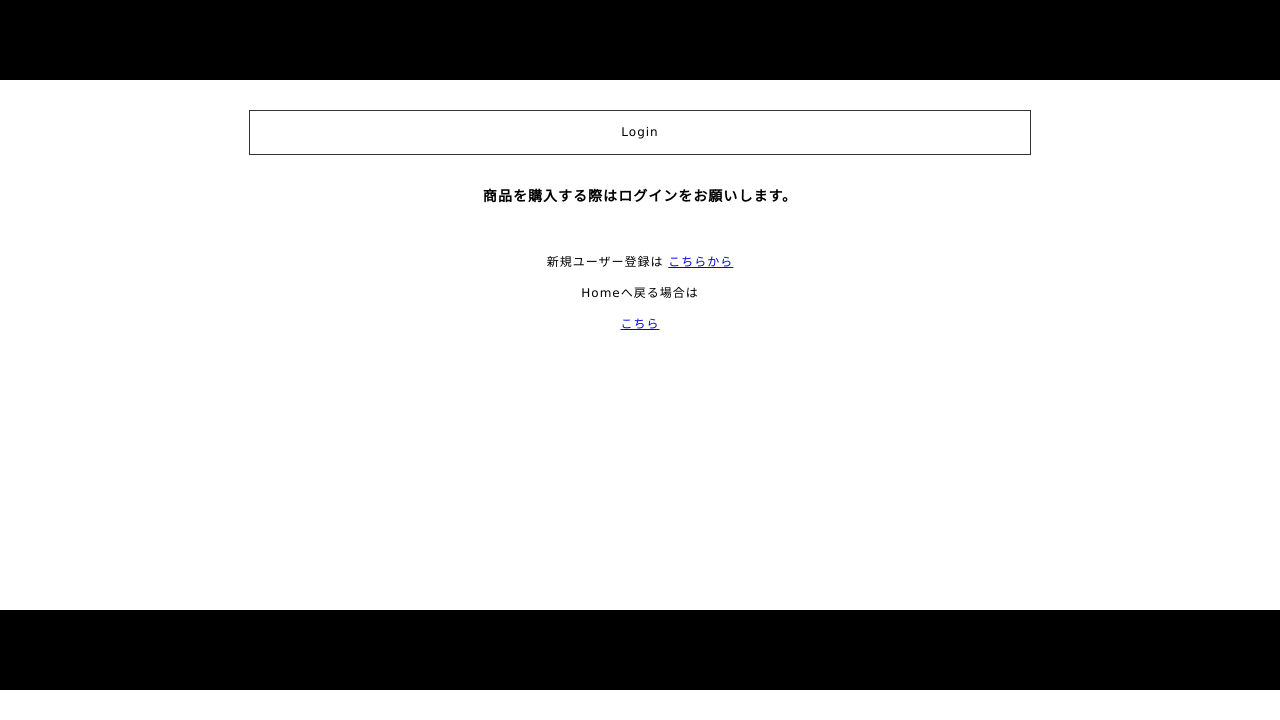
Repository: naoshima1109/test
Page: http://localhost/ecsite/login.jsp
The author's editor kept a copy of each file at every save. The page is drawn from the files as they stood at one save, then again after the next save.
The browser window is 1280 px wide. The pictures show the whole page.
The page is served by Tomcat 9. Nobody is signed in. The application's start-up code is not run. Other server files are loaded and not shown.

Above is the page before, as saved 2019-05-30 07:05:39.

### ecsite/WebContent/login.jsp
<%@ page language="java" contentType="text/html; charset=UTF-8"
    pageEncoding="UTF-8"%>
<!DOCTYPE html PUBLIC "-//W3C//DTD HTML 4.01 Transitional//EN" "http://www.w3.org/TR/html4/loose.dtd">
<html>
<head>
<meta http-equiv="Content-Type" content="text/html; charset=UTF-8">
	<meta http-equiv="Content-Type" content="text/html; charset=UTF-8">
	<meta http-equiv="Content-Style-Type" content="text/css" />
	<meta http-equiv="Content-Script-Type"content="text/javascript" />
	<meta http-equiv="imagetoolbar" content="no" />
	<meta name="description" content=""/>
	<meta name="keywords" content=""/>
<title>Login画面</title>

	<style type="text/css">
	body{
	margin:0;
	padding:0;
	line-height:1.6;
	letter-spacing:1px;
	font-family:Verdana,Helvetica,sans-serif;
	font-size:12px;
	color:#333
	background:#fff;
	}

	table{
	text-align:center;
	margin:0 auto;
	}

	/*========ID LAYOUT========*/
	#top{
	width:780px;
	margin:30px auto;
	border:1px solid #333;
	}

	#header{
	width:100%;
	height:80px;
	background-color: black;
	}

	#main{
	width:100%;
	height:500px;
	text-align:center;
	}

	#footer{
	width:100%;
	height:80px;
	background-color:black;
	clear:both;
	}
	</style>

</head>
<body>
	<div id="header">
		<div id="pr">
		</div>
	</div>
	<div id="main">
		<div id="top">
			<p>Login</p>
		</div>
		<div>
			<h3>商品を購入する際はログインをお願いします。</h3>
			<s:form action="LoginAction">
				<s:textfield name="loginUserId" />
				<s:password name="loginpassword" />
				<s:submit value="ログイン"/>
			</s:form>
			<br>
			<div id="text-link">
				<p>新規ユーザー登録は
					<a href='<s:url action="UserCreateAction" />'>こちらから</a></p>
				<p>Homeへ戻る場合は</p>
					<a href='<s:url action="GoHomeAction" />'>こちら</a>
			</div>
		</div>
	</div>
	<div id="footer">
		<div id="pr">
		</div>
	</div>
</body>
</html>

After the next save:
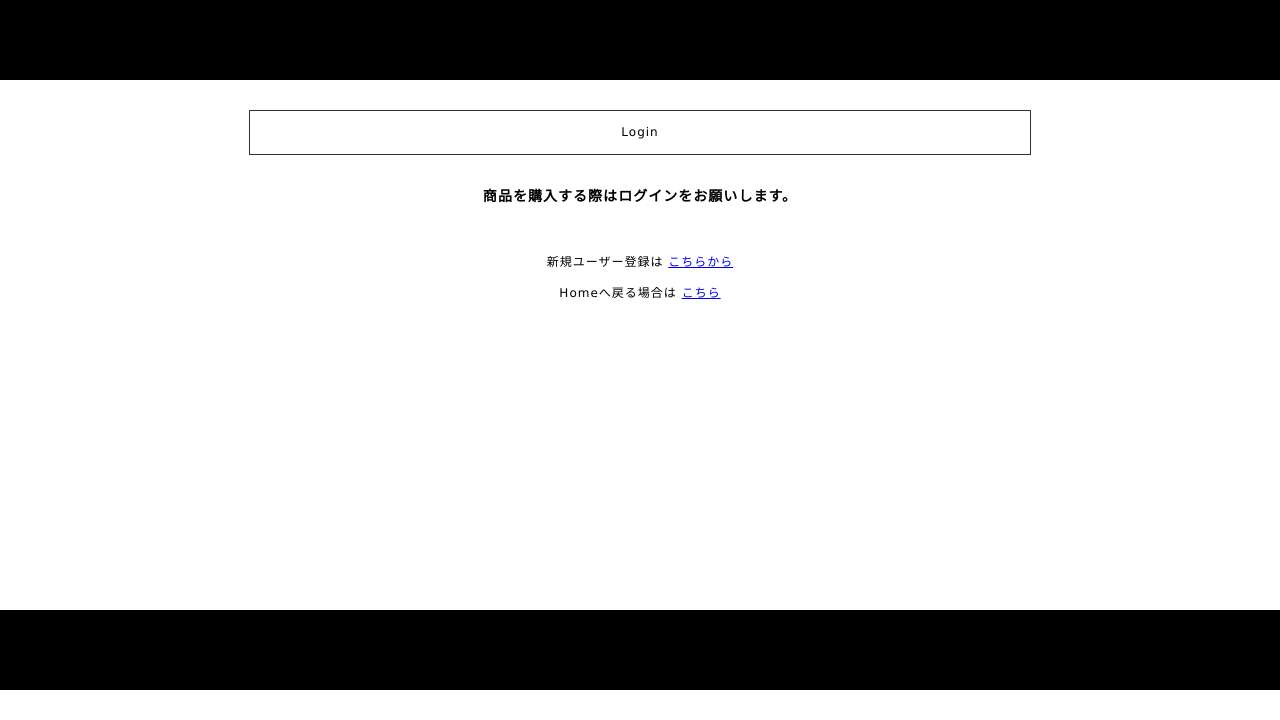
Saved 49 s later.
--- a/ecsite/WebContent/login.jsp
+++ b/ecsite/WebContent/login.jsp
@@ -77,8 +77,8 @@
 			<div id="text-link">
 				<p>新規ユーザー登録は
 					<a href='<s:url action="UserCreateAction" />'>こちらから</a></p>
-				<p>Homeへ戻る場合は</p>
-					<a href='<s:url action="GoHomeAction" />'>こちら</a>
+				<p>Homeへ戻る場合は
+					<a href='<s:url action="GoHomeAction" />'>こちら</a></p>
 			</div>
 		</div>
 	</div>
